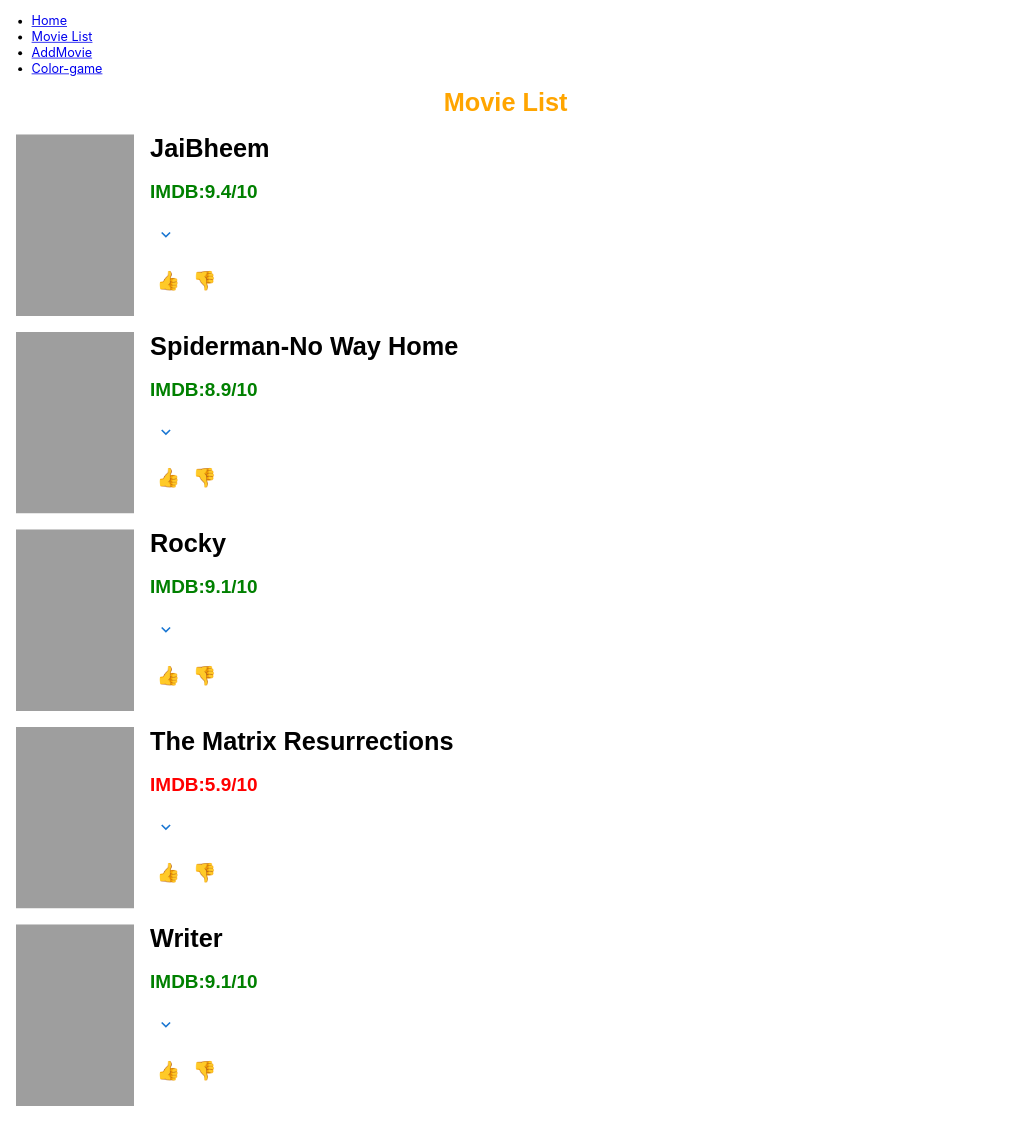
Repository: baladhinesh18/first-app
Page: /Counter
These files come from the project's save history. The page is drawn as it stood at one moment and after the next save; the edit follows.
The browser window is 1280 px wide. The pictures show the whole page, at 79% of full size.
Pictures or frames that could not be fetched are drawn as grey boxes. The project was rebuilt for these pictures with package versions that can differ from the ones it lists, and the page was loaded fresh each time. Also part of the build but not shown: src/AddMovie.js, src/AddColor.js, src/Error.js.

Above is the page before, as saved 2022-02-03 17:17:00.

### public/index.html
<!DOCTYPE html>
<html lang="en">
  <head>
    <meta charset="utf-8" />
    <!-- <link rel="icon" href="%PUBLIC_URL%/favicon.ico" /> -->
    <meta name="viewport" content="width=device-width, initial-scale=1" />
    <meta name="theme-color" content="#000000" />
    <meta
      name="description"
      content="Web site created using create-react-app"
    />
    <!-- <link rel="apple-touch-icon" href="%PUBLIC_URL%/logo192.png" /> -->
    <!--
      manifest.json provides metadata used when your web app is installed on a
      user's mobile device or desktop. See https://developers.google.com/web/fundamentals/web-app-manifest/
    -->
    <!-- <link rel="manifest" href="%PUBLIC_URL%/manifest.json" /> -->
    <!--
      Notice the use of %PUBLIC_URL% in the tags above.
      It will be replaced with the URL of the `public` folder during the build.
      Only files inside the `public` folder can be referenced from the HTML.

      Unlike "/favicon.ico" or "favicon.ico", "%PUBLIC_URL%/favicon.ico" will
      work correctly both with client-side routing and a non-root public URL.
      Learn how to configure a non-root public URL by running `npm run build`.
    -->
    <link
  rel="stylesheet"
  href="https://fonts.googleapis.com/css?family=Roboto:300,400,500,700&display=swap"
/>
<link
  rel="stylesheet"
  href="https://fonts.googleapis.com/icon?family=Material+Icons"
/>
    <title>New Movies</title>
  </head>
  <body>
    <noscript>You need to enable JavaScript to run this app.</noscript>
    <div id="root"></div>
    <!--
      This HTML file is a template.
      If you open it directly in the browser, you will see an empty page.

      You can add webfonts, meta tags, or analytics to this file.
      The build step will place the bundled scripts into the <body> tag.

      To begin the development, run `npm start` or `yarn start`.
      To create a production bundle, use `npm run build` or `yarn build`.
    -->
  </body>
</html>

### src/index.js
import React from 'react';
import ReactDOM from 'react-dom';
import './index.css';
import App from './App';
import reportWebVitals from './reportWebVitals';
import {
  BrowserRouter as Router,
} from "react-router-dom";

ReactDOM.render(
  <React.StrictMode>
  <Router>
    <App />
    </Router>
  </React.StrictMode>,
  document.getElementById('root')
);

// If you want to start measuring performance in your app, pass a function
// to log results (for example: reportWebVitals(console.log))
// or send to an analytics endpoint. Learn more: https://bit.ly/CRA-vitals
reportWebVitals();

### src/App.js

import './App.css';
import {useState} from "react";
import IconButton from '@mui/material/IconButton';
import ExpandLessIcon from '@mui/icons-material/ExpandLess';
import ExpandMoreIcon from '@mui/icons-material/ExpandMore';
// import AddColor from './AddColor.js';
import { App } from './App.1';

// import {
//   Switch, Route
// } from "react-router-dom";
import { Counter } from './Counter';

export function Starting({ nme, ur,rat,des,del}) {
const styles={color: rat>=8.5? "green":"red"};
const[isHide,setIsHide]=useState(false);

  return (

    <div>

    <div className="ro">
     <img src={ur} className="mg" alt={nme} />
      <div className="col">
      <h1> {nme}</h1>
      <h2 style={styles}>IMDB:{rat}/10</h2>
      { isHide?<h3>description:<a href={des}>{des}</a></h3>:null}
      {/* <h3>description:<a href={des}>{des}</a></h3> */}
      <div>
    <IconButton onClick={()=>setIsHide(!isHide)} color="primary"> {isHide ? <ExpandLessIcon/> : <ExpandMoreIcon/>}</IconButton>
    </div>
    <Counter/>
      </div>
    </div>
    </div>


  );
}


export default App;

### src/App.css
.App {
  font-family: sans-serif;
  text-align: center;
}
.mg {
  height: 230px;
  width: 150px;
  object-fit: center;
}
.ro{
display: flex;
flex-direction: row;
margin-left: 20px;
margin-bottom: 20px;
}
.col{
  display:flex;
  flex-direction: column;
  align-items: flex-start;
margin-left: 20px;
}
.lor{
color:orange;
margin-top: 1rem;
}
h1,h2,h3{
  margin-top: 0px;
  gap: 1rem;
}
button{
  margin-bottom: 1rem;
}
.vacls{
margin-top: 1rem;
margin-right: 1rem;
}
.btn{
  display: flex;
  flex-direction: column;
  justify-content: center;
  align-items: center;
 }
 .bncs{
   margin-top:5rem;
 }
 .cent{
   margin-top: 0;
   margin-left:25rem;
 }
  .img1{
height:25rem;
 }

### src/App.1.js
import { useState } from "react";
import { AddMovie } from "./AddMovie";
import { Starting } from './App';
import {
    Switch, Route,Link
  } from "react-router-dom";
  import { AddColor } from './AddColor';
  import { Error } from './Error';


// const[add,setAdd] =useState([]);
export function App() {
  let users = [
    {
      name: "JaiBheem",
      url: "https://encrypted-tbn3.gstatic.com/images?q=tbn:ANd9GcQm8U_-RJoMKrgvpIVLbDV8ovuHIp-p_Ls5I7WHaXJUUCbhjQVd",
      rating: "9.4",
      summary: "https://en.wikipedia.org/wiki/Jai_Bhim_(film)"
    },
    {
      name: "Spiderman-No Way Home",
      url: "https://www.thehindubusinessline.com/news/variety/4sw3ar/article37984362.ece/ALTERNATES/PORTRAIT_355/Spider-Man---No-Way-Home-Poster-Pic-Credit---Marvel",
      rating: "8.9",
      summary: "https://en.wikipedia.org/wiki/Spider-Man:_No_Way_Home"
    },
    {
      name: "Rocky",
      url: "https://static.toiimg.com/thumb/msid-88435003,width-219,height-317,imgsize-16192/88435003.jpg",
      rating: "9.1",
      summary: "https://timesofindia.indiatimes.com/entertainment/tamil/movie-reviews/rocky/movie-review/88455427.cms"
    },
    {
      name: " The Matrix Resurrections",
      url: "https://encrypted-tbn0.gstatic.com/images?q=tbn:ANd9GcQHjE4eApjpFWlpAdiC_aFG2FkfvimiGW0TK4mB-hc_T4Uitj9J",
      rating: "5.9",
      summary: "https://en.wikipedia.org/wiki/The_Matrix_Resurrections"
    },
    {
      name: "Writer",
      url: "https://static.moviecrow.com/gallery/20210414/185058-Ey6W3Z2VoAMu4P2%20(1).jpg",
      rating: "9.1",
      summary: "https://en.wikipedia.org/wiki/Writer_(film)"
    }
  ];
  const [add, setAdd] = useState(users);

  return (
      <div>
    <ul>
    <li>
      <Link to="/">Home</Link>
    </li>
    <li>
      <Link to="/Counter">Movie List</Link>
    </li>
    <li>
      <Link to="/AddMovie">AddMovie</Link>
    </li>
    <li>
      <Link to="/AddColor">Color-game</Link>
    </li>
    </ul>

        <Switch>
    <Route exact path="/">
       welcome to movie app✨🎉🎉
       </Route>
      <Route path="/AddMovie">
      <AddMovie movieList={add} setmovieList={setAdd}/>
      </Route>

       <Route path="/Counter">

       <div className="App">
      <h1 className="lor">Movie List</h1>
      {add.map(({ name, url, rating, summary,index }) => (
        <Starting key={url} nme={name} ur={url} rat={rating} des={summary} del={
          <button onClick={()=>{
          let copyArray={...add};
          copyArray.splice(index,1);
           } }>Delete</button>
        }>
        </Starting>
      ))}
        </div>

       </Route>

       <Route path="/AddColor">
       <AddColor/>
       </Route>
       <Route path="**">
       <Error/>
       </Route>
       </Switch>
    </div>
  );
}

### src/Counter.js
import { useState } from "react";
import IconButton from '@mui/material/IconButton';
import Badge from '@mui/material/Badge';

export function Counter() {
  const [like, setLike] = useState(0);
  const [dislike, setDislike] = useState(0);
  // const marr={margin:'0 1rem 0 0 ',}
  return (
      <div>

    <div className="vacls">
      <IconButton onClick={() => setLike(like + 1)} color="primary"> <Badge badgeContent={like} color="primary">
        👍
      </Badge></IconButton>
      <IconButton onClick={() => setDislike(dislike + 1)} color="error"><Badge badgeContent={dislike} color="error">
        👎
      </Badge></IconButton>
      {/* <h1>{like}</h1> */}
    </div>

    </div>
  );
}

Loaded but not shown: src/index.css (common file); src/reportWebVitals.js (common file)

After the next save:
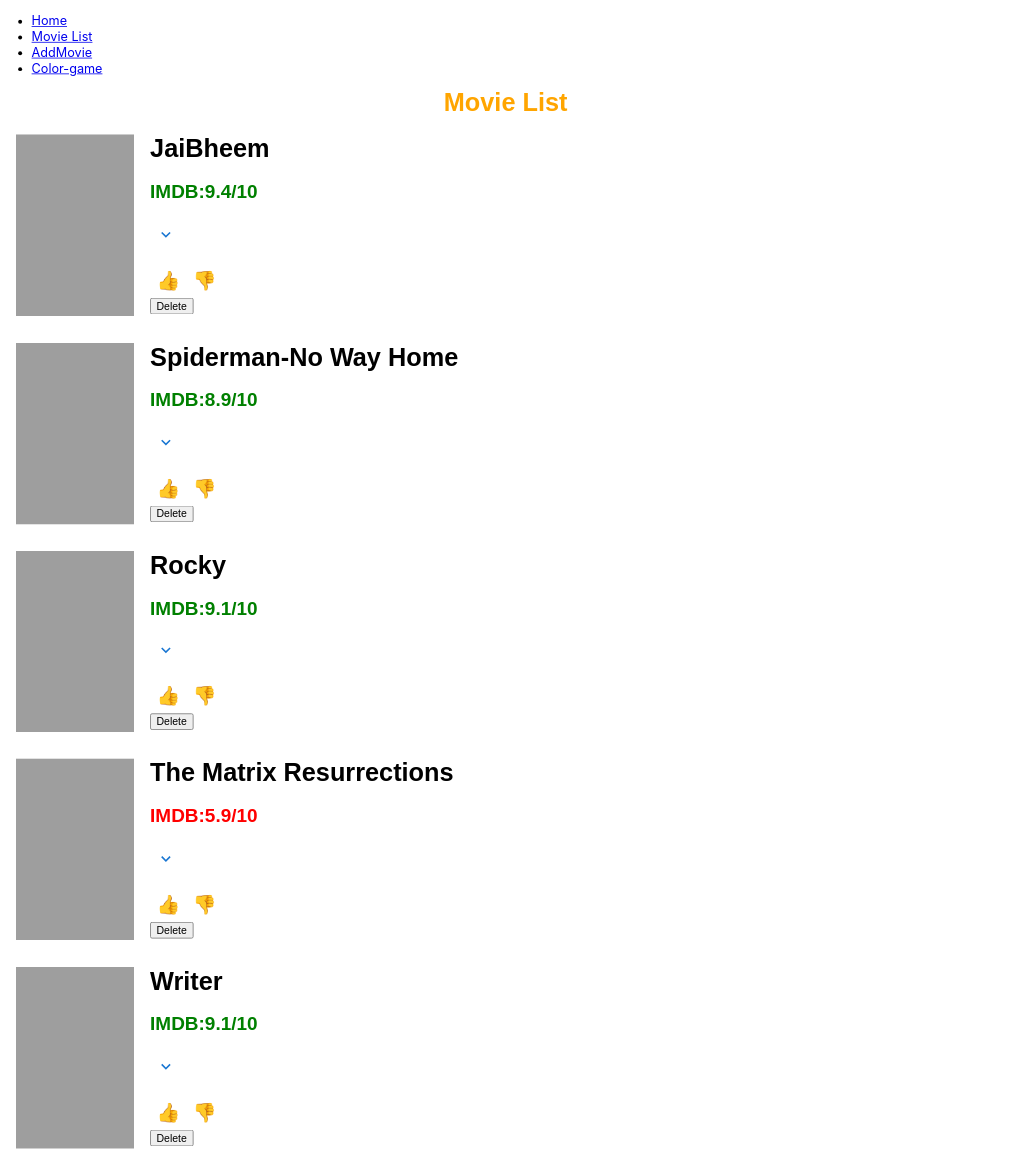
Saved 43 s later.
--- a/src/App.js
+++ b/src/App.js
@@ -31,6 +31,7 @@
     <IconButton onClick={()=>setIsHide(!isHide)} color="primary"> {isHide ? <ExpandLessIcon/> : <ExpandMoreIcon/>}</IconButton>
     </div>
     <Counter/>
+    {del}
       </div>
     </div>
     </div>
